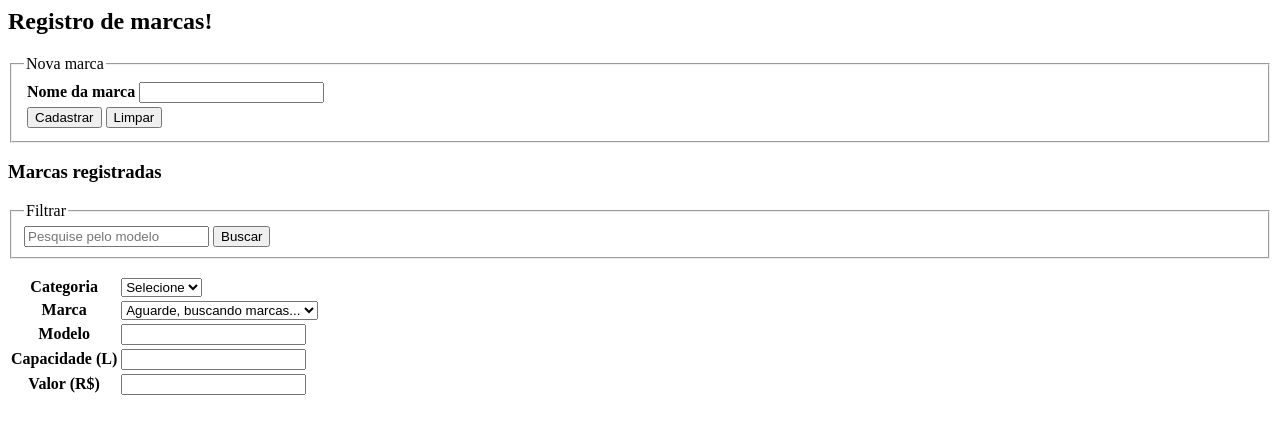
Repository: AndreiLGomes/faculdade
Page: ProjetoTrilhaWeb2/src/main/webapp/js/index.html
An editor plug-in stored every save of this project. The page is shown before and after the next save, followed by the edit.
The browser window is 1280 px wide. The pictures show the whole page.

Above is the page before, as saved 2024-11-13 23:25:23.
Console error: ReferenceError: $ is not defined

### ProjetoTrilhaWeb2/src/main/webapp/js/index.html
<script src="../../js/marca.js"></script>

<h2>Registro de marcas!</h2>

<form name="frmAddMarca" id="addMarca" class="frmInserir">
    <fieldset>
        <legend>Nova marca</legend>
        <table>
            <tr>
                <th>Nome da marca</th>
                <td>
                    <input type="text" name="nome">
                </td>
            </tr>
            <tr>
                <td colspan="2">
                    <button type="button" onclick="COLDIGO.marca.cadastrar()">Cadastrar</button>
                    <button type="reset">Limpar</button>
                </td>
            </tr>
        </table>
    </fieldset>
</form>

<h3>Marcas registradas</h3>

<form id="filtrarMarca" class="frmFiltrar">
    <fieldset>
        <legend>Filtrar</legend>
        <input type="text" name="txtbusca" id="campoBuscamMarca" placeholder="Pesquise pelo modelo">
        <button type="button" onclick="COLDIGO.marca.buscar()">Buscar</button>
    </fieldset>
</form>

<div id="listaMarcas" class="listaRegistros"></div>

<div id="modalEditaMarca" class="modalEditar">
    <form name="frmEditaMarca" id="editaMarca" class="frmEditar">
        <table>
            <tr>
                <th>Categoria</th>
                <td>
                    <select name="categoria" id="selCategoriaEdicao">
                        <option value="">Selecione</option>
                        <option value="1">Geladeira</option>
                        <option value="2">Freezer</option>
                    </select>
                </td>
            </tr>
            <tr>
                <th>Marca</th>
                <td>
                    <select name="marcaId" id="selMarcaEdicao">
                        <option value="" class="buscando">Aguarde, buscando marcas...</option>
                    </select>
                </td>
            </tr>
            <tr>
                <th>Modelo</th>
                <td>
                    <input type="text" name="modelo">
                </td>
            </tr>
            <tr>
                <th>Capacidade (L)</th>
                <td>
                    <input type="text" name="capacidade">
                </td>
            </tr>
            <tr>
                <th>Valor (R$)</th>
                <td>
                    <input type="text" name="valor">
                </td>
            </tr>
        </table>
        <input type="hidden" name="idProduto">
    </form>
</div>

### ProjetoTrilhaWeb2/src/main/webapp/js/marca.js
// Certifique-se de que COLDIGO existe e defina o objeto marca
var COLDIGO = COLDIGO || {};
COLDIGO.marca = new Object();

$(document).ready(function(){
	COLDIGO.marca.cadastrar = function(){
		var marca = new Object();
		marca.nome = document.frmAddMarca.nome.value;  // Nome do formulário correto

		console.log("aqui a marca " + marca.nome);

		if (marca.nome == "") {
			COLDIGO.exibirAviso("Preencha todos os campos!");
		} else {
			$.ajax({
				type: "POST",
				url: COLDIGO.PATH + "marca/inserir",
				data: JSON.stringify(marca),
				success: function(msg){
					COLDIGO.exibirAviso(msg);
					$("#addMarca").trigger("reset"); // Reset no formulário correto
				},
				error: function(info){
					COLDIGO.exibirAviso("Erro ao cadastrar uma nova marca: " + info.status + " - " + info.statusText);
				}
			});
		}
	};
});

After the next save:
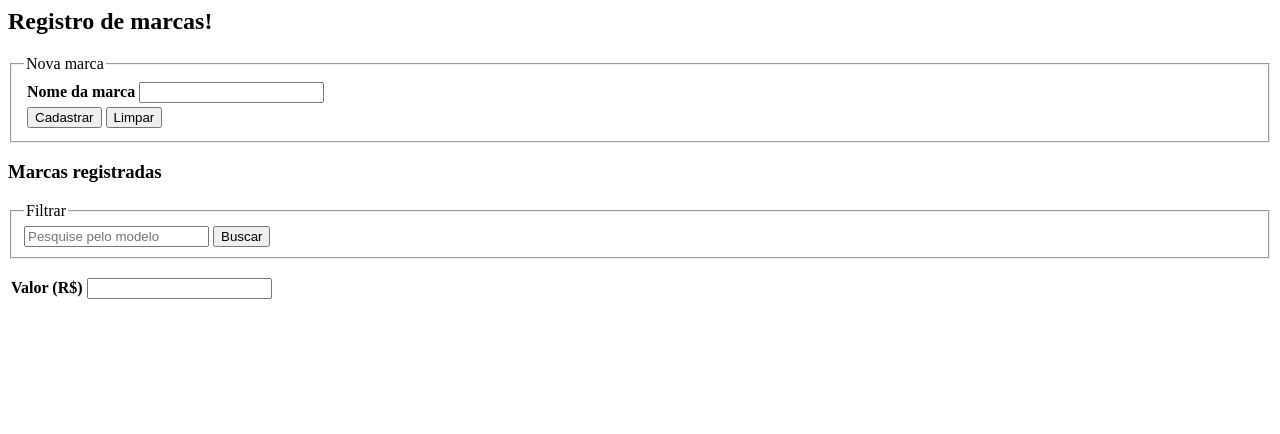
Saved 49 s later.
--- a/ProjetoTrilhaWeb2/src/main/webapp/js/index.html
+++ b/ProjetoTrilhaWeb2/src/main/webapp/js/index.html
@@ -38,36 +38,6 @@
     <form name="frmEditaMarca" id="editaMarca" class="frmEditar">
         <table>
             <tr>
-                <th>Categoria</th>
-                <td>
-                    <select name="categoria" id="selCategoriaEdicao">
-                        <option value="">Selecione</option>
-                        <option value="1">Geladeira</option>
-                        <option value="2">Freezer</option>
-                    </select>
-                </td>
-            </tr>
-            <tr>
-                <th>Marca</th>
-                <td>
-                    <select name="marcaId" id="selMarcaEdicao">
-                        <option value="" class="buscando">Aguarde, buscando marcas...</option>
-                    </select>
-                </td>
-            </tr>
-            <tr>
-                <th>Modelo</th>
-                <td>
-                    <input type="text" name="modelo">
-                </td>
-            </tr>
-            <tr>
-                <th>Capacidade (L)</th>
-                <td>
-                    <input type="text" name="capacidade">
-                </td>
-            </tr>
-            <tr>
                 <th>Valor (R$)</th>
                 <td>
                     <input type="text" name="valor">
